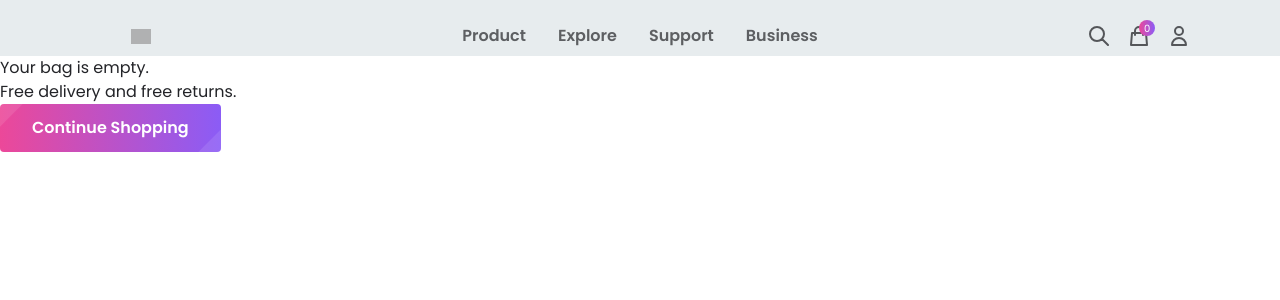
Repository: aliamini1422/semiAppleSite
Page: /checkout
The author's editor kept a copy of each file at every save. The page is drawn from the files as they stood at one save, then again after a run of saves.
The browser window is 1280 px wide. The pictures show the whole page.
Pictures or frames that could not be fetched are drawn as grey boxes. The page's requests for data from a server got no answer. The project was rebuilt for these pictures with package versions that can differ from the ones it lists, and the page was loaded fresh each time. The framework's server and built-in components were replaced by stand-ins that run in the browser. No one was signed in, and anything a server would have sent is missing. Also part of the build but not shown: next.config.js, sanity.js, components/CheckoutProduct.tsx.

Above is the page before, as saved 2022-09-05 02:22:27.

After the next 2 saves:
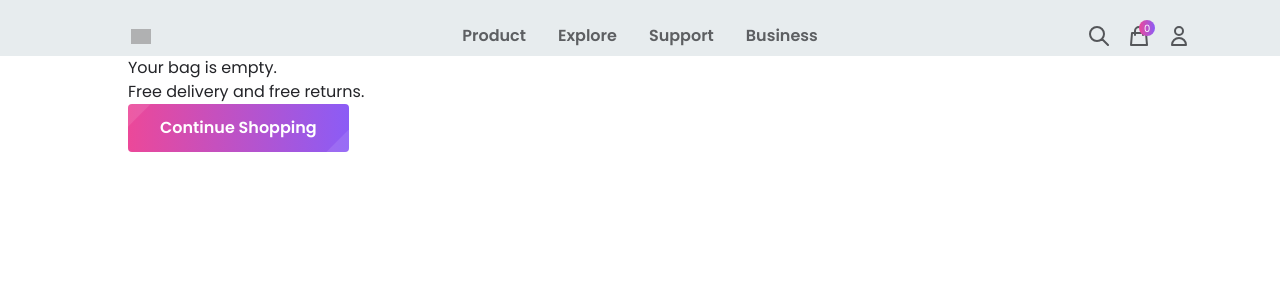
The 2 saves are shown as one change because they came seconds apart.
The last was saved 30 s later.
--- a/pages/checkout.tsx
+++ b/pages/checkout.tsx
@@ -26,7 +26,7 @@ function checkout() {
   return (
     <div>
         <Header />
-        <main className='mx-auto '>
+        <main className='mx-auto max-w-5xl pb-24'>
             <div>
                 <h1>{items.length > 0 ? "Review your bag" : "Your bag is empty."}</h1>
             </div>
